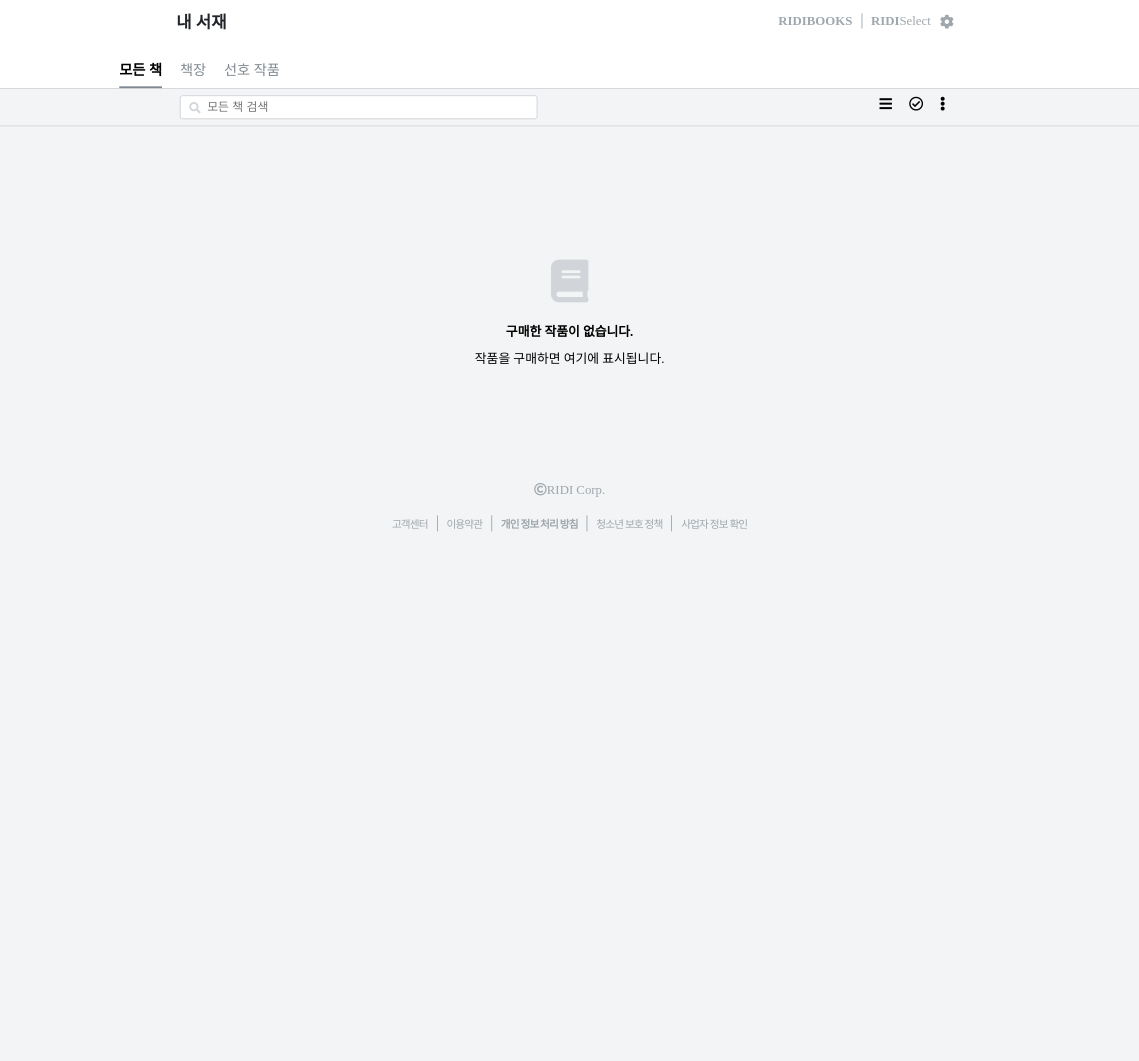
Repository: mega-teamproject/teamproject1
Page: html/my study.html
These files come from the project's save history. The page is drawn as it stood at one moment and after a run of saves; the edit follows.
The browser window is 1280 px wide. The pictures show the whole page, at 89% of full size.

Above is the page before, as saved 2022-01-04 01:00:05.

After the next 2 saves:
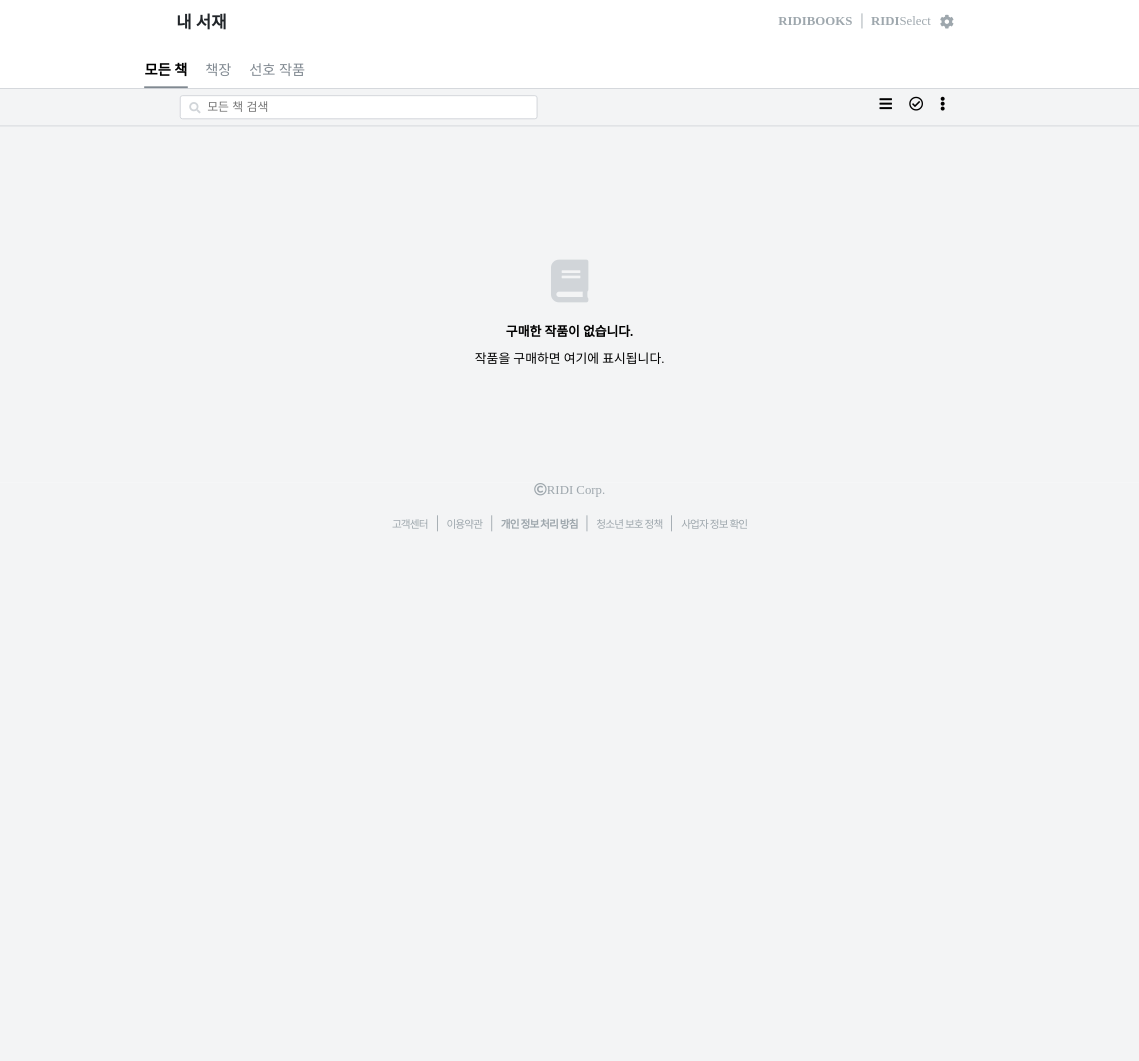
The 2 saves are shown as one change because they came seconds apart.
The last was saved 20 s later.
--- a/css/mystudy.css
+++ b/css/mystudy.css
@@ -223,7 +223,7 @@
   }
 
   header .menu ul {
-    margin-left: 124px;
+    margin-left: 12%;
   }
 
   section .search {
